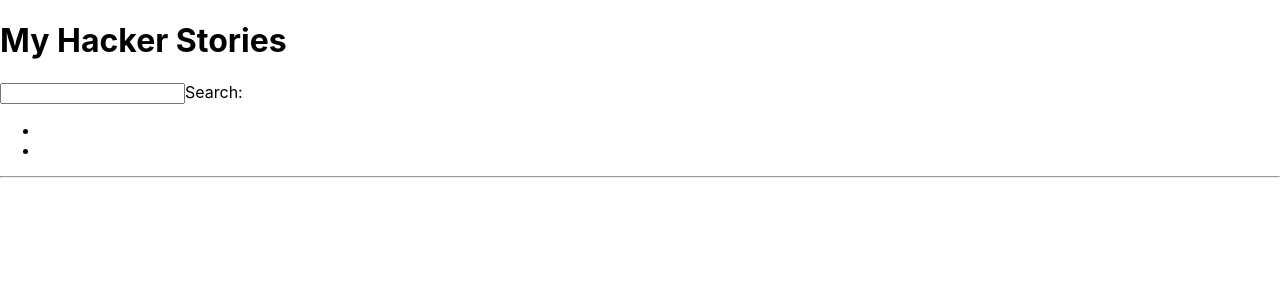
Repository: m-ahmadshaikh/FullStackProjects
Page: / (app in 03-react/hacker-stories/)
The author's editor kept a copy of each file at every save. The page is drawn from the files as they stood at one save, then again after the next save.
The browser window is 1280 px wide. The pictures show the whole page.
The project was rebuilt for these pictures with package versions that can differ from the ones it lists, and the page was loaded fresh each time. Also part of the build but not shown: 03-react/hacker-stories/src/App.css.

Above is the page before, as saved 2022-08-24 09:42:58.

After the next save:
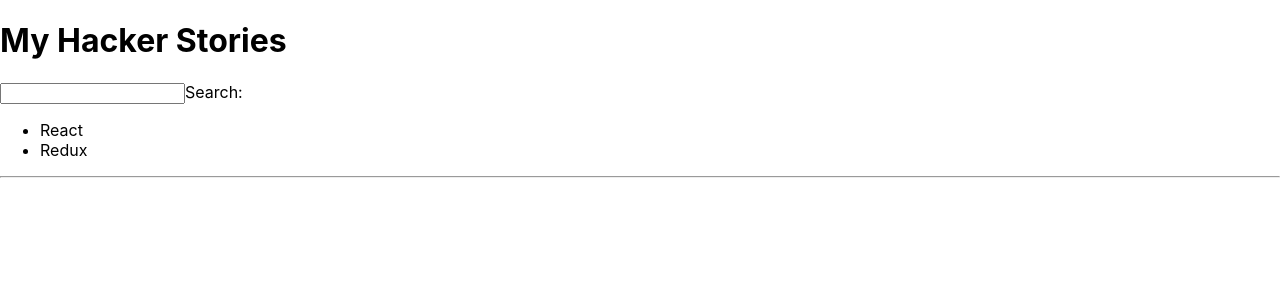
Saved 32 s later.
--- a/03-react/hacker-stories/src/App.jsx
+++ b/03-react/hacker-stories/src/App.jsx
@@ -36,7 +36,7 @@
         {' '}
       </label>
       <ul>
-        {newN}
+        {list.map((item) => <li key={item.objectID}>{item.title}</li>)}
       </ul>
       <hr />
     </div>
